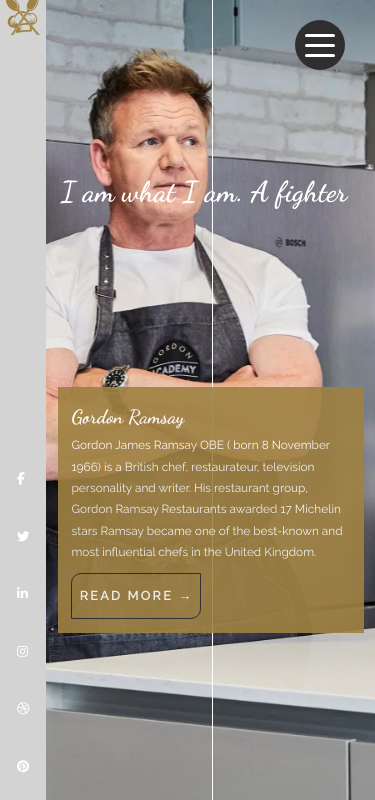
Repository: Esraa22M/Gordon-Ramsay-Biography
Page: index.html
An editor plug-in stored every save of this project. The page is shown before and after the next save, followed by the edit.
The browser window is 375 px wide. The pictures show the whole page.
Some web libraries are served in a nearby version.

Above is the page before, as saved 2022-12-13 16:35:43.

After the next save:
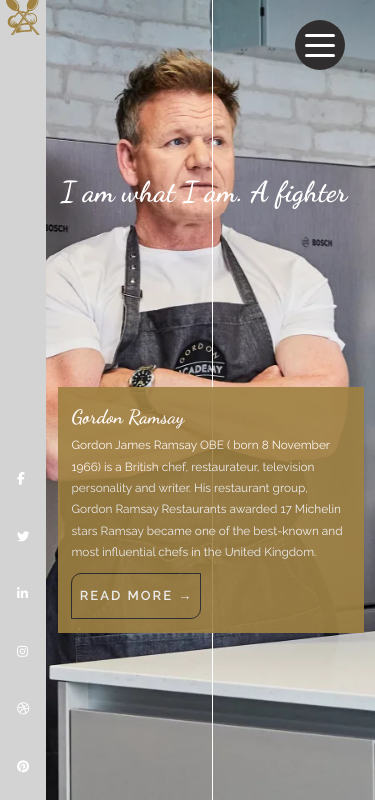
Saved 11 s later.
--- a/style.css
+++ b/style.css
@@ -310,6 +310,6 @@
   }
     section#show-case {
     align-items: center;
-    background-position: 20%;
-  }
-}
+    background-position: 10%;
+  }
+}
